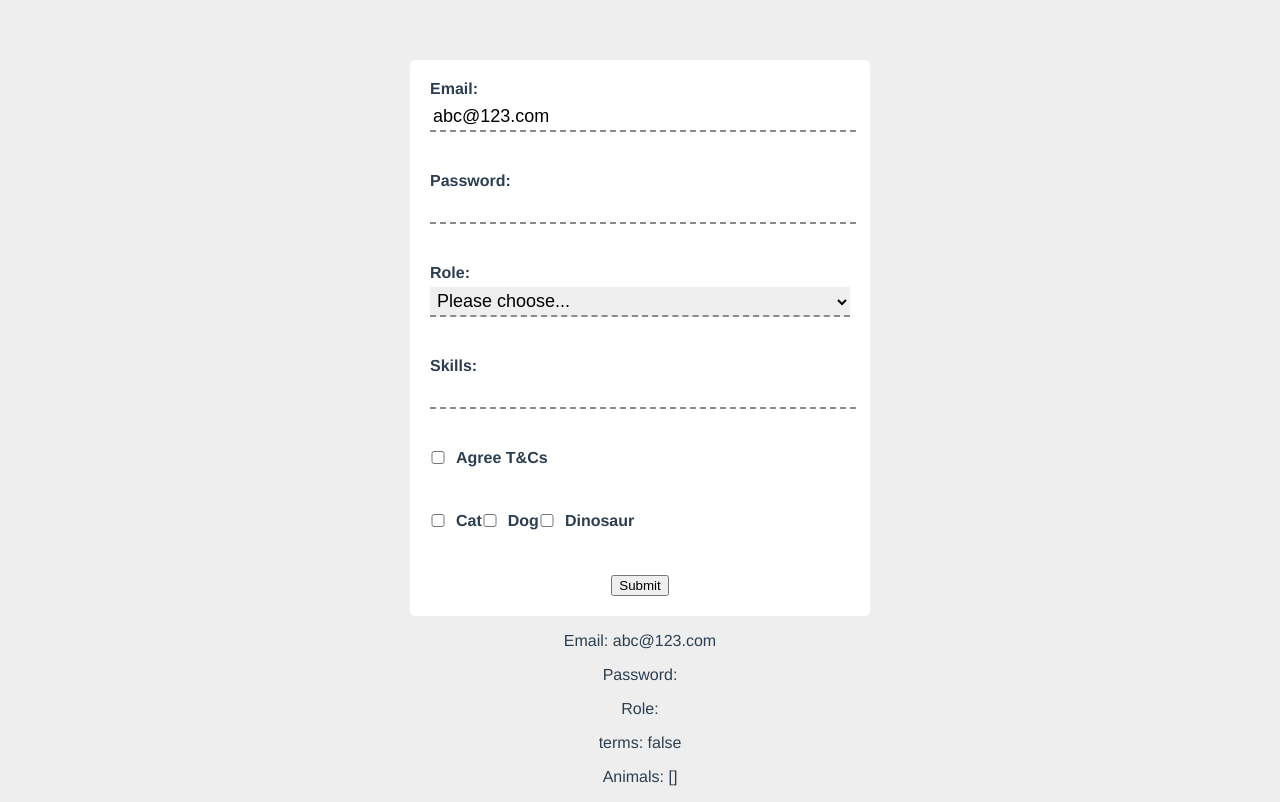
Repository: technogize/vue-forms
Page: /
These files come from the project's save history. The page is drawn as it stood at one moment and after the next save; the edit follows.
The browser window is 1280 px wide. The pictures show the whole page.
The project was rebuilt for these pictures with package versions that can differ from the ones it lists, and the page was loaded fresh each time.

Above is the page before, as saved 2021-03-01 14:05:21.

### src/App.vue
<template>
  <SignupForm />
</template>

<script>
import SignupForm from './components/SignupForm';

export default {
  name: 'App',
  components: {
    SignupForm
  }
}
</script>

<style>
#app {
  font-family: Avenir, Helvetica, Arial, sans-serif;
  -webkit-font-smoothing: antialiased;
  -moz-osx-font-smoothing: grayscale;
  text-align: center;
  color: #2c3e50;
  margin-top: 60px;
}

body {
  margin: 0;
  background: #eee;
}
</style>

### src/components/SignupForm.vue
<template>
  <form>
    <!--
      v-model syncs the data in the input with the data properties.
      We can set the default value of a form element by entering it
      in the data().
    -->
    <div class="field">
      <label>Email: </label>
      <input type="email" required v-model="email" />
    </div>
    <div class="field">
      <label>Password: </label>
      <input type="password" required v-model="password" />
    </div>
    <div class="field">
      <label>Role: </label>
      <select v-model="role">
        <option value="">Please choose...</option>
        <option value="Designer">Web Designer</option>
        <option value="Developer">Web Developer</option>
      </select>
    </div>

    <div class="field">
      <label>Skills: </label>

      <input type="text" required v-model="tempSkill" @keyup="addSkill" />
      <div v-for="skill in skills" class="skill-item" :key="skill" @click="removeSkill(skill)">
        {{skill}}
      </div>
    </div>

    <div class="field checkboxField">
      <input type="checkbox" required v-model="terms" />
      <label>Agree T&amp;Cs</label>
    </div>

    <div class="field checkboxField">
      <input type="checkbox" value="Cat" v-model="animal" /><label>Cat</label>
      <input type="checkbox" value="Dog" v-model="animal" /><label>Dog</label>
      <input type="checkbox" value="Dinosaur" v-model="animal" /><label>Dinosaur</label>
    </div>

    <div class="submit-button-wrapper">
      <button>Submit</button>
    </div>
  </form>

  <p>Email: {{email}}</p>
  <p>Password: {{password}}</p>
  <p>Role: {{role}} </p>
  <p>terms: {{terms}} </p>
  <p>Animals: {{animal}} </p>
</template>

<script>
export default {
  data() {
    return {
      email: 'abc@123.com', // I set the default value here
      password: '',
      role: '',
      tempSkill: '',
      terms: false, // checkbox is a boolean
      skills: [],
      animal: [] // Multiple checkboxes for this creates an array
    }
  },
  methods: {
    addSkill(e) {
      if (e.key === 'Enter' && this.tempSkill) {

        // If the skill already exists, don't add to array
        if(!this.skills.includes(this.tempSkill)) {
          this.skills.push(this.tempSkill);
        }

        this.tempSkill = '';
      }
    },
    removeSkill(skill, e) {
      this.skills = this.skills.filter((skillItem) => {
        return skill !== skillItem; // if this returns false, this item will be taken out of the array returned
      });
    }
  }
}
</script>

<style scoped>
  form {
    max-width: 420px;
    border-radius: 5px;
    background: white;
    padding: 20px;
    margin: 0 auto;
  }

  label {
    font-weight: 700;
    display: block;
    text-align: left;
    margin-bottom: 5px;
  }

  input, select {
    display: block;
    width: 100%;
    font-size: 18px;
    padding: 3px;
    border: none;
    border-bottom: 2px dashed rgb(139, 139, 139);
  }

  input:focus,
  select:focus {
    outline: none;
    border-bottom: 2px solid rgb(139, 139, 139);
  }

  input[type=checkbox] {
    display: inline-block;
    width: 16px;
    margin: 0 10px 0 0;
    position: relative;
    top: 1px;
  }

  .checkboxField label {
    display: inline-block;
    width: auto;
    text-align: left;
  }

  .field {
    text-align: left;
    margin-bottom: 40px;
  }

  .skill-item {
    display: inline-block;
    margin-top: 5px;
    margin-left: 5px;
    border-radius: 20px;
    height: 20px;
    padding: 5px 10px;
    background-color: darkgray;
    color: white;
  }
  .skill-item:hover {
    font-weight: bold;
    cursor: pointer;
  }
</style>

Loaded but not shown: public/index.html (common file); src/main.js (common file)

After the next save:
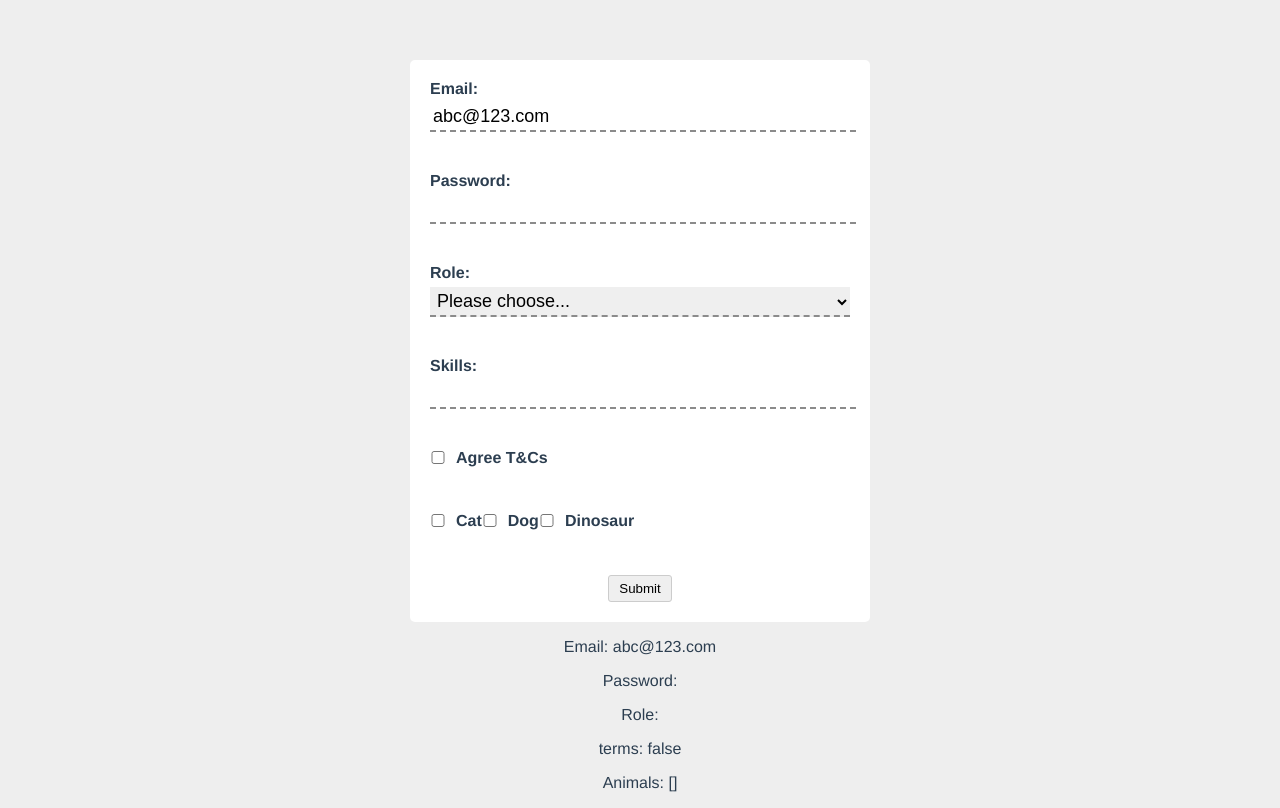
Saved 33 s later.
--- a/src/components/SignupForm.vue
+++ b/src/components/SignupForm.vue
@@ -152,4 +152,12 @@ export default {
     font-weight: bold;
     cursor: pointer;
   }
+
+  .submit-button-wrapper button {
+     display: inline-block;
+  border: 1px solid #ccc;
+  padding: 5px 10px;
+  border-radius: 3px;
+  text-decoration: none;
+  }
 </style>
